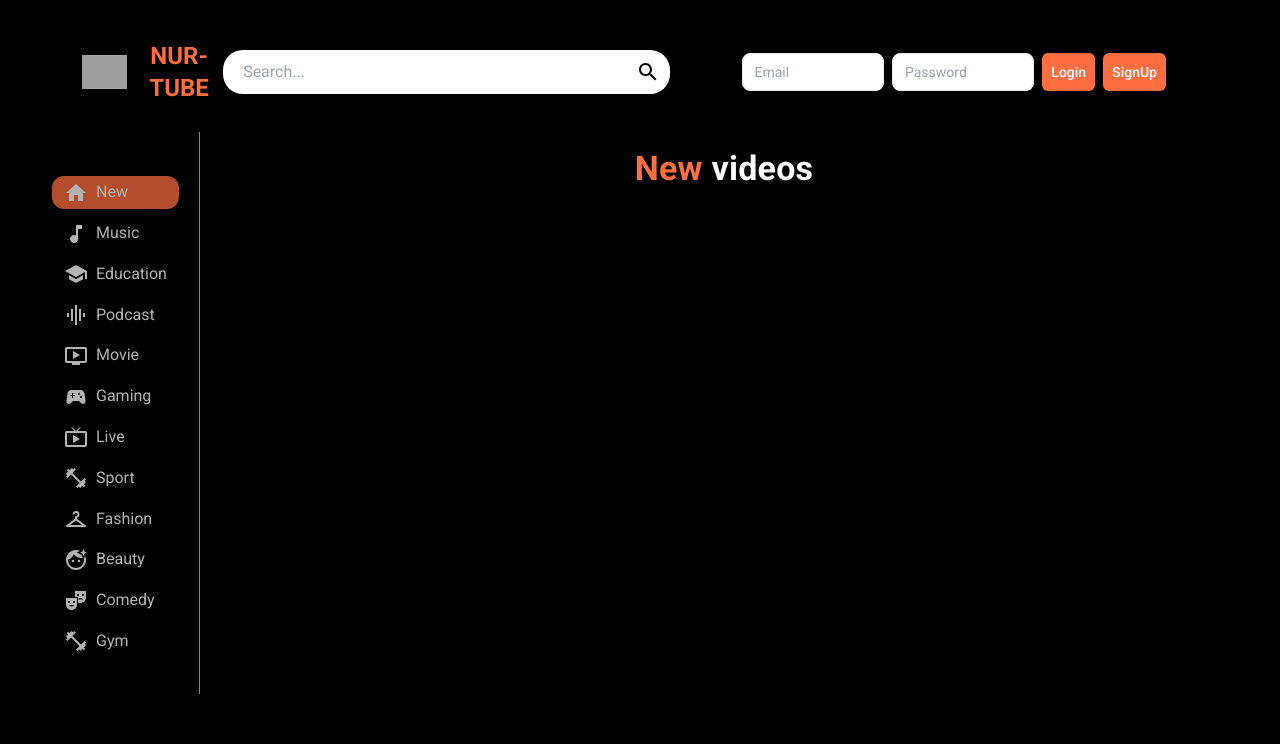
Repository: Nurlan-Bakenbaev/YoutubeClone
Page: /
The author's editor kept a copy of each file at every save. The page is drawn from the files as they stood at one save, then again after a run of saves.
The browser window is 1280 px wide. The pictures show the whole page.
Pictures or frames that could not be fetched are drawn as grey boxes. The page's requests for data from a server got no answer. The project was rebuilt for these pictures with package versions that can differ from the ones it lists, and the page was loaded fresh each time. No one was signed in, and anything a server would have sent is missing. Also part of the build but not shown: vite.config.js, src/components/VideoCard.jsx, src/components/ChannelCard.jsx, src/components/Loader.jsx, src/components/VideoDetails.jsx, src/components/SearchFeed.jsx, src/components/ChannelDetails.jsx.

Above is the page before, as saved 2023-09-09 19:03:01.

After the next 3 saves:
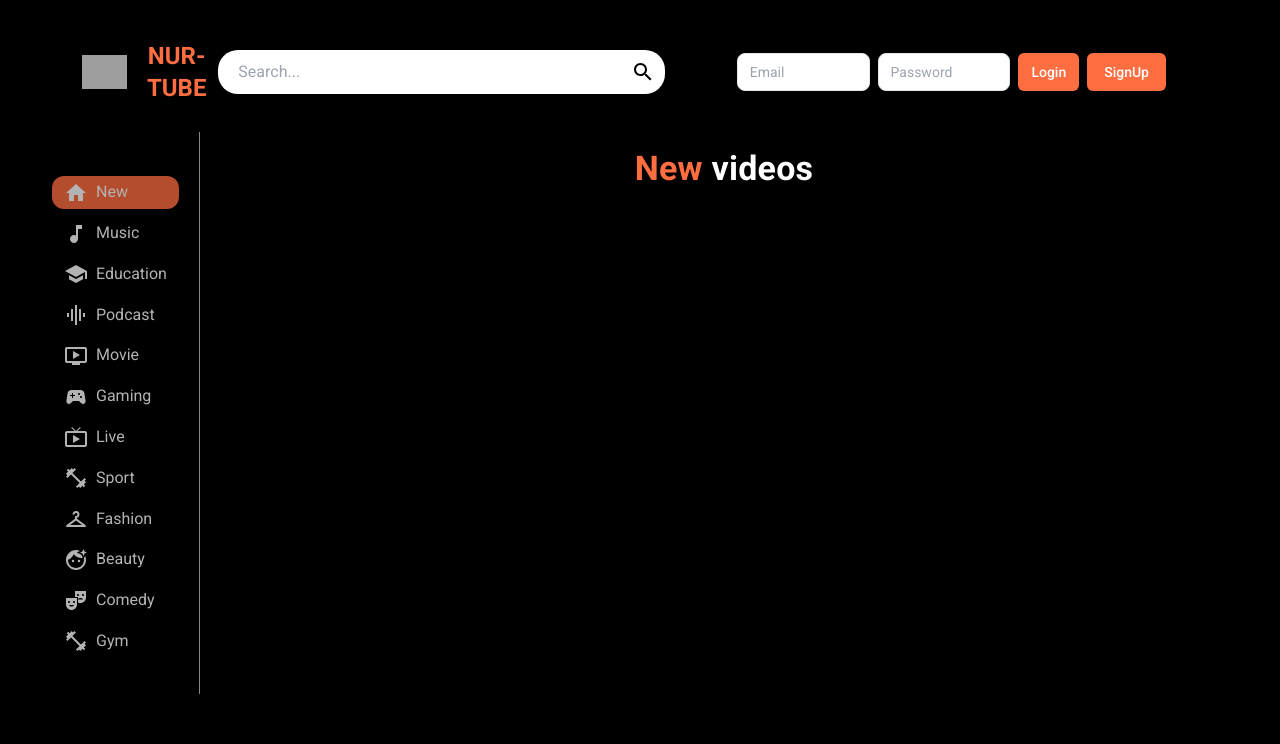
The 3 saves are shown as one change because they came seconds apart.
The last was saved 9 s later.
--- a/src/components/SignIn.jsx
+++ b/src/components/SignIn.jsx
@@ -78,13 +78,13 @@ const SignIn = () => {
               <div className="flex items-center gap-2">
                 <button
                   onClick={handleSignIn}
-                  className="group relative w-full flex justify-center py-2 px-2 border border-transparent text-sm font-medium rounded-md text-white bg-[#ff6e40] focus:outline-none focus:ring-2 focus:ring-offset-2 focus:ring-indigo-500"
+                  className="group relative w-full flex justify-center py-2 px-3 border border-transparent text-sm font-medium rounded-md text-white bg-[#ff6e40] focus:outline-none focus:ring-2 focus:ring-offset-2 focus:ring-indigo-500"
                 >
                   <span>Login</span>
                 </button>
                 <button
                   onClick={handleSignUp}
-                  className="group relative w-full flex justify-center py-2 px-2 border border-transparent text-sm font-medium rounded-md text-white bg-[#ff6e40] focus:outline-none focus:ring-2 focus:ring-offset-2 focus:ring-indigo-500"
+                  className="group relative w-full flex justify-center py-2 px-4 border border-transparent text-sm font-medium rounded-md text-white bg-[#ff6e40] focus:outline-none focus:ring-2 focus:ring-offset-2 focus:ring-indigo-500"
                 >
                   <span>SignUp</span>
                 </button>
